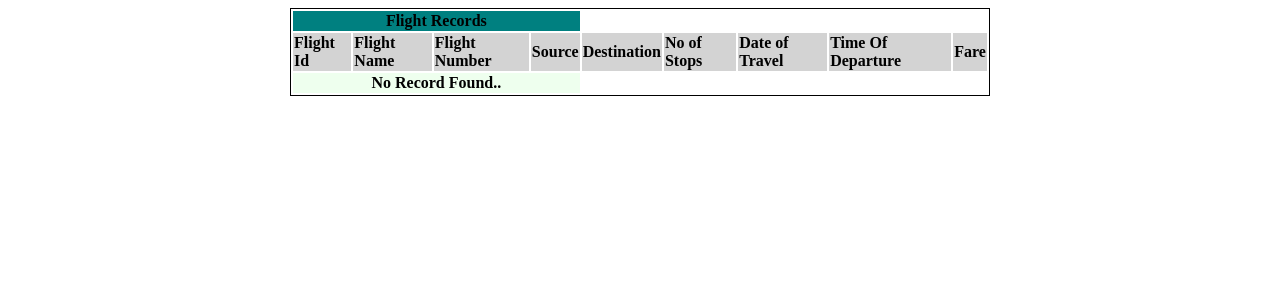
Repository: pawankas/Java_Mini_Project
Page: http://localhost/AirReservation/SearchView.jsp
These files come from the project's save history. The page is drawn as it stood at one moment and after the next save; the edit follows.
The browser window is 1280 px wide. The pictures show the whole page.
The page is served by Tomcat 9. The template is opened directly, without the code that normally fills it, so the values that code supplies are empty.

Above is the page before, as saved 2022-03-17 17:35:18.

After the next save:
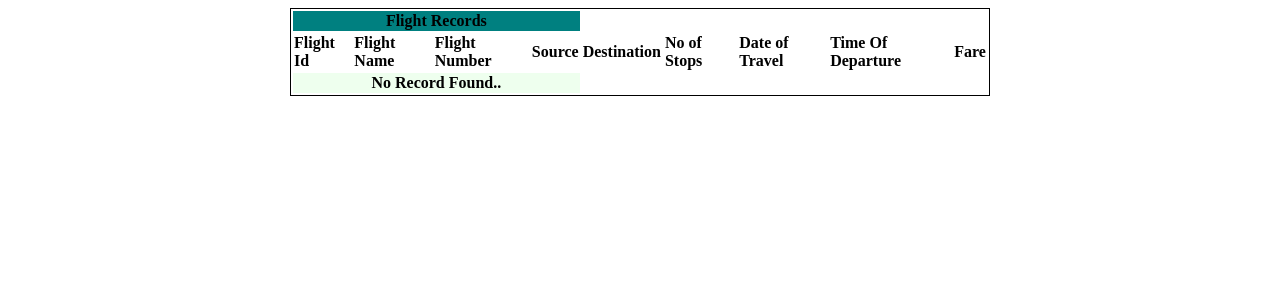
Saved 70 s later.
--- a/Mini_Project_Java/AirReservation/WebContent/SearchView.jsp
+++ b/Mini_Project_Java/AirReservation/WebContent/SearchView.jsp
@@ -12,7 +12,7 @@
                     style="background-color:teal">
                     <b>Flight Records</b></td>
             </tr>
-            <tr style="background-color:lightgrey;">
+            <tr >
                 <td><b>Flight Id</b></td>
                 <td><b>Flight Name</b></td>
                 <td><b>Flight Number</b></td>
